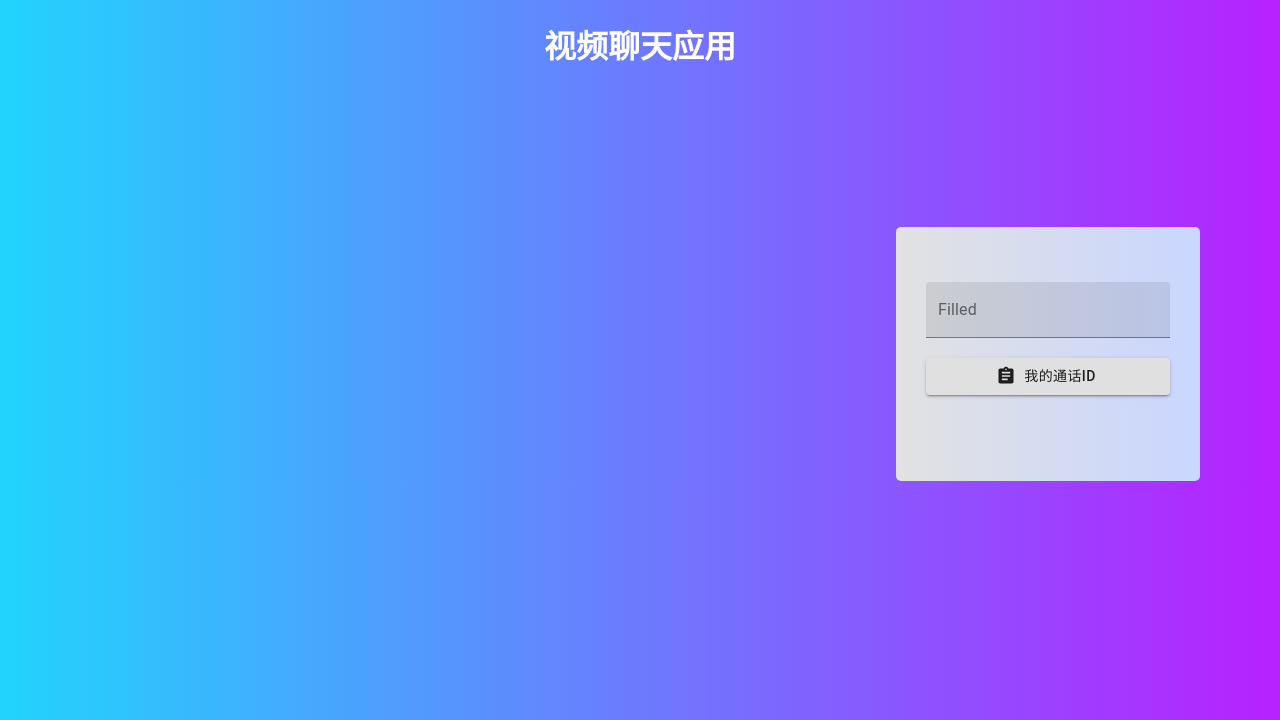
Repository: CodeFreedom-A/webRtc
Page: /
The author's editor kept a copy of each file at every save. The page is drawn from the files as they stood at one save, then again after the next save.
The browser window is 1280 px wide. The pictures show the whole page.
The page's requests for data from a server got no answer. The project was rebuilt for these pictures with package versions that can differ from the ones it lists, and the page was loaded fresh each time. No one was signed in, and anything a server would have sent is missing.

Above is the page before, as saved 2022-12-21 17:17:50.

After the next save:
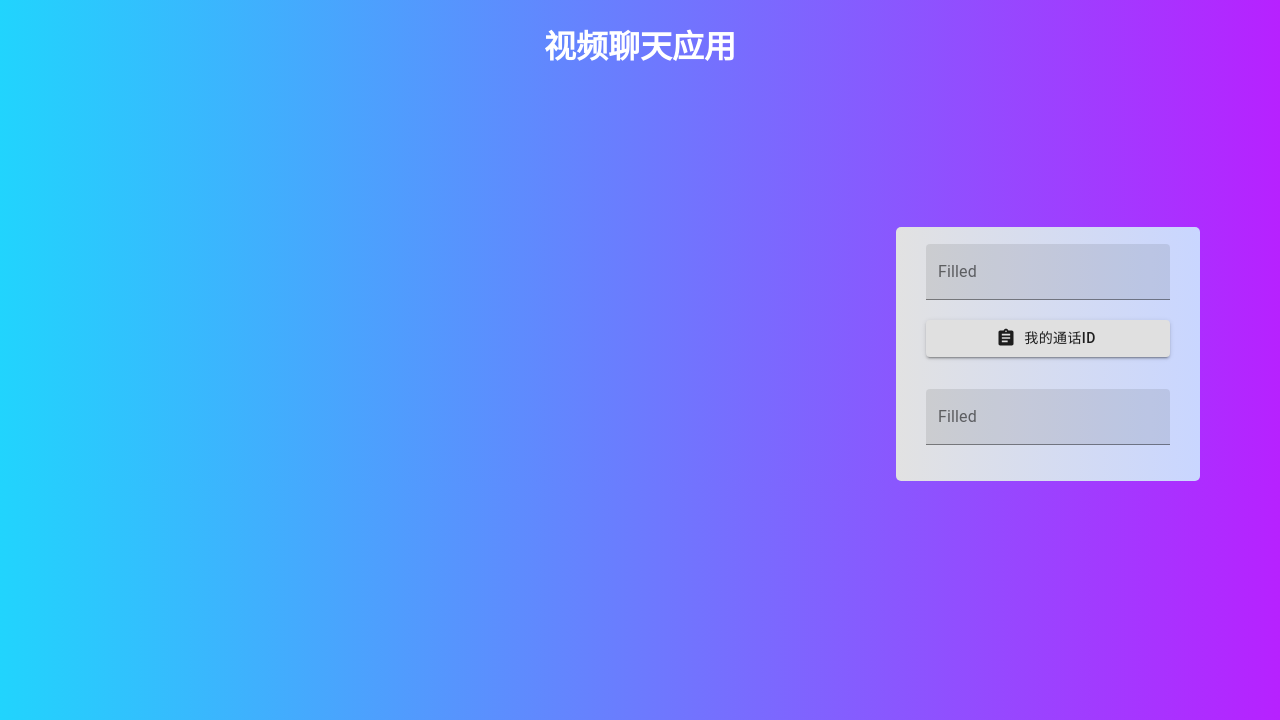
Saved 35 s later.
--- a/src/App.js
+++ b/src/App.js
@@ -70,6 +70,14 @@ function App() {
               我的通话ID
             </Button>
           </CopyToClipboard>
+          <TextField
+            id="filled-basic"
+            label="Filled"
+            variant="filled"
+            value={name}
+            style={{ marginBottom: "20px" }}
+            onChange={(e) => setName(e.target.value)}
+          />
         </div>
       </div>
     </>
